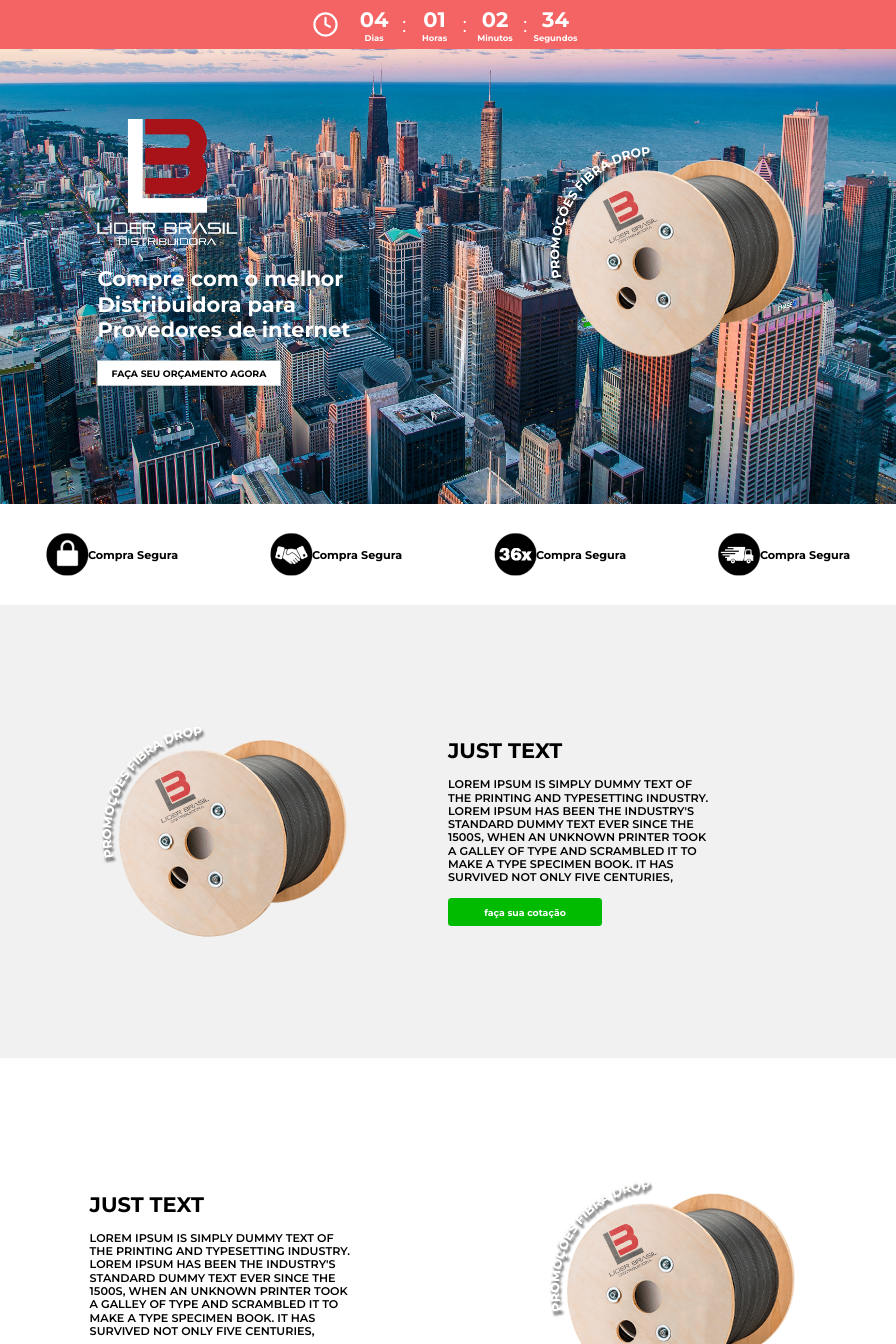
Repository: mateus-henrique-silva/landing_drop
Page: index.html
These files come from the project's save history. The page is drawn as it stood at one moment and after a run of saves; the edit follows.
The browser window is 1280 px wide. The pictures show the part of the page from y = 0 to 1920 px (the page is 3876 px tall), at 70% of full size.
Backgrounds fixed to the window are drawn as part of the page. Some web fonts or font styles are not loaded; a fallback is used.

Above is the page before, as saved 2022-08-26 17:10:58.

After the next 3 saves:
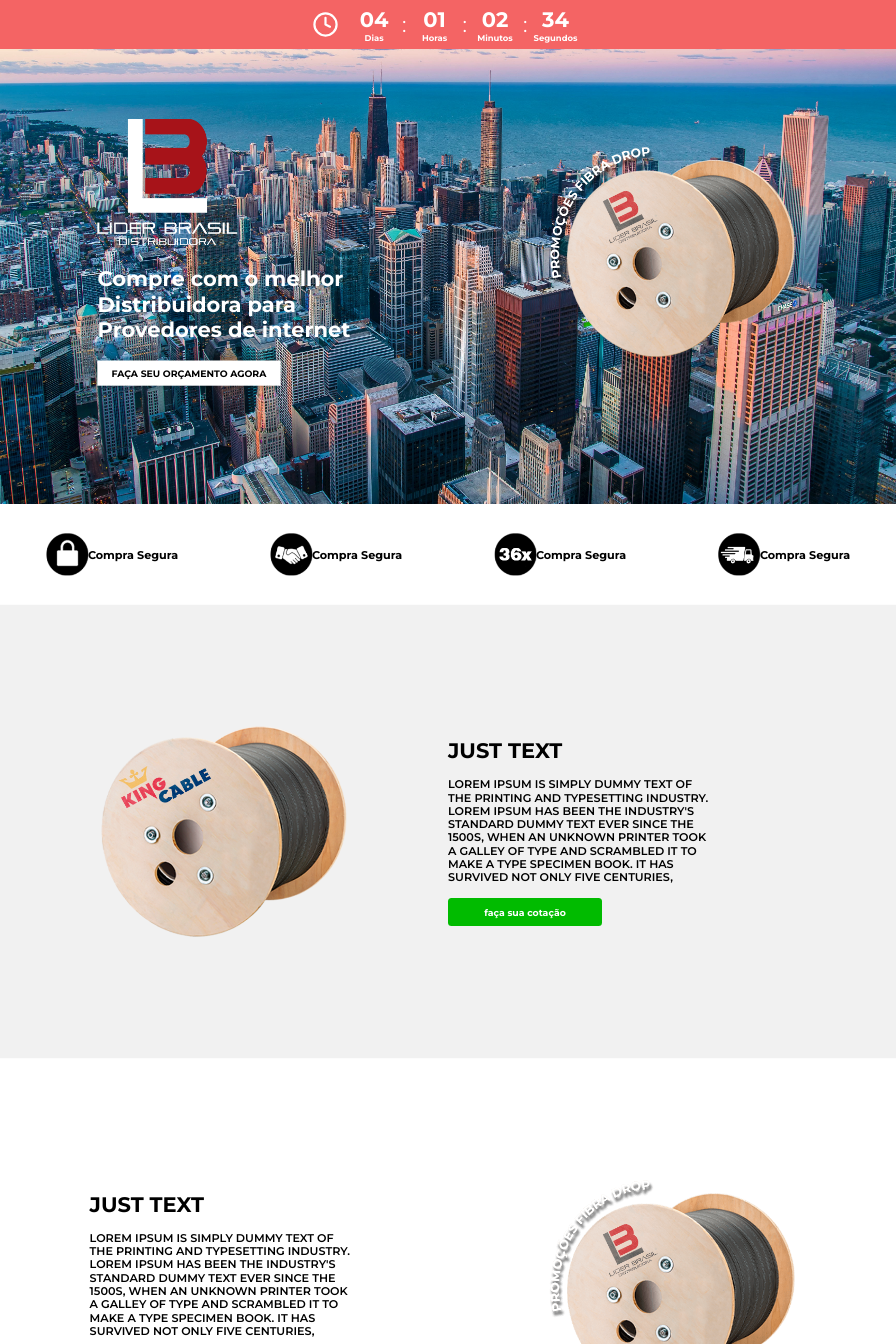
The 3 saves are shown as one change because they came seconds apart.
The last was saved 30 s later.
--- a/index.html
+++ b/index.html
@@ -78,7 +78,7 @@
       </section>
       <section class="cotacao">
         <div class="img-king-cable">
-          <img src="./src/Assets/lb.png" alt="" class="king" />
+          <img src="./src/Assets/drops/king.png" alt="" class="king" />
         </div>
         <div class="just-text">
           <h2>just text</h2>
